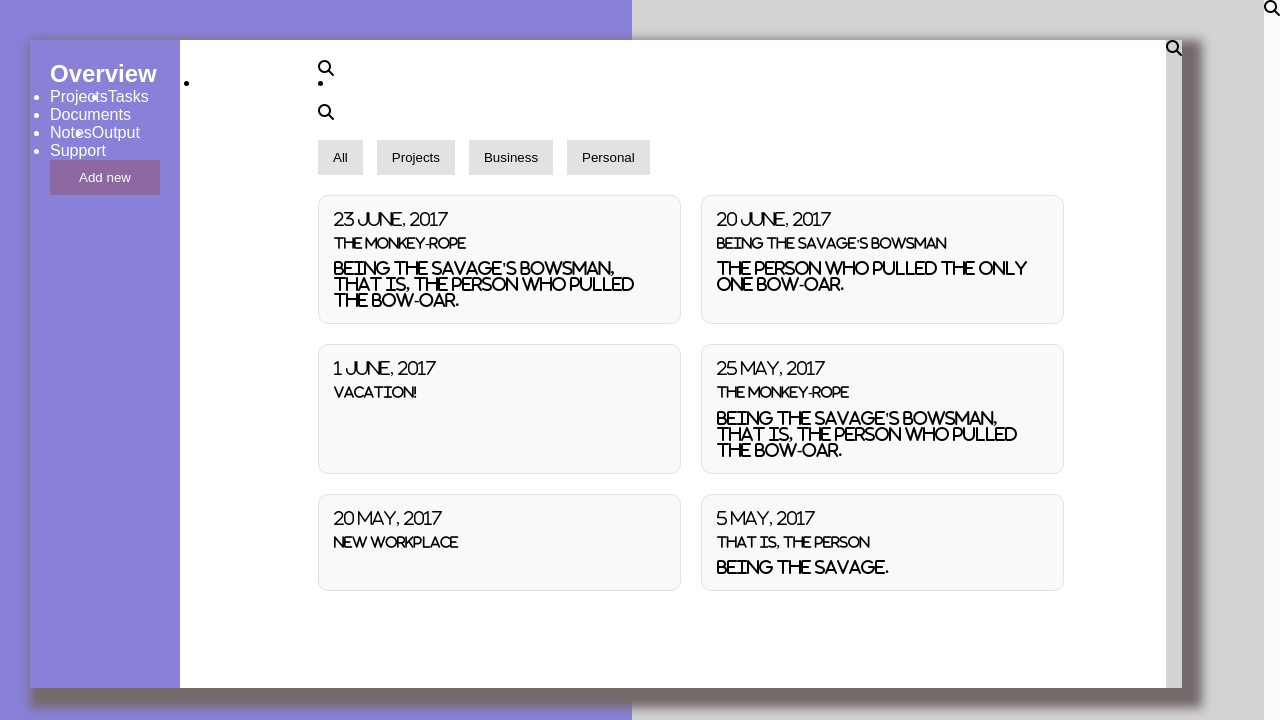
Repository: SatenikGabrielyan/HTML_CSS-_Assignment
Page: index.html
The author's editor kept a copy of each file at every save. The page is drawn from the files as they stood at one save, then again after the next save.
The browser window is 1280 px wide. The pictures show the whole page.
Some web libraries are served in a nearby version.

Above is the page before, as saved 2025-03-17 20:21:01.

After the next save:
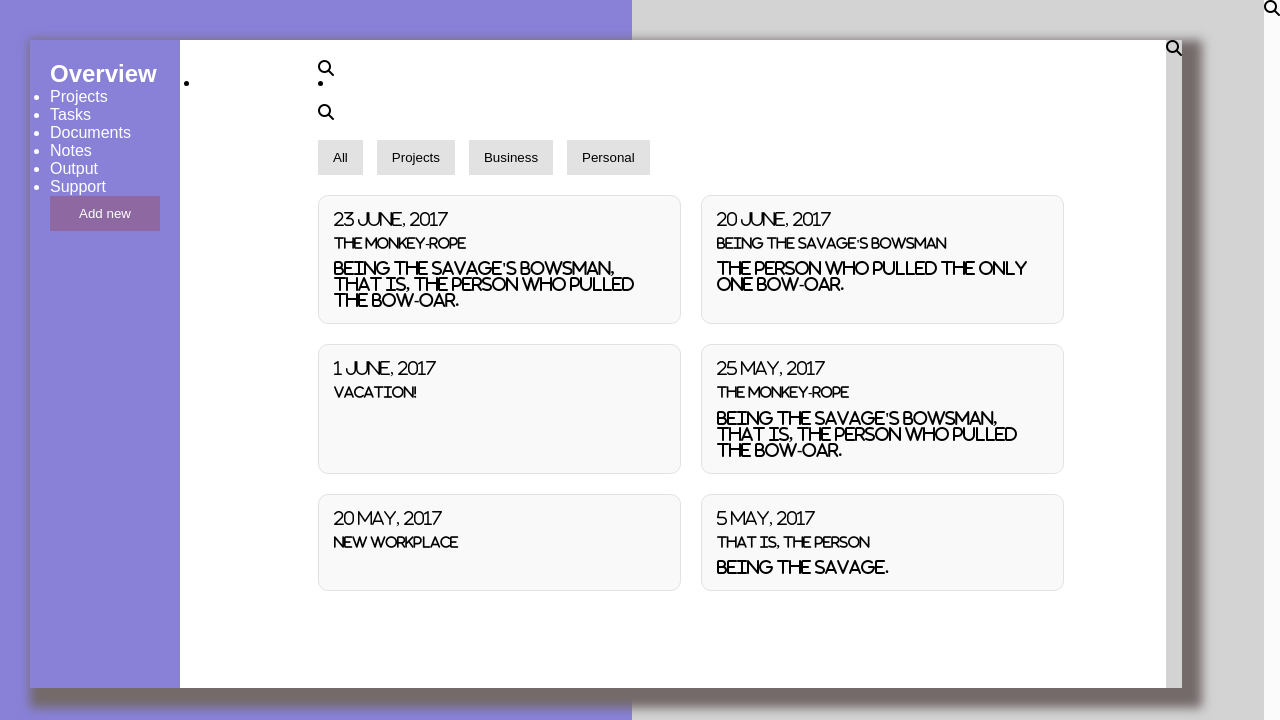
Saved 20 s later.
--- a/style.css
+++ b/style.css
@@ -65,7 +65,7 @@
     padding: 20px;
   }
 
-  li {
+  .main-content li {
     float: left;
   }
 
